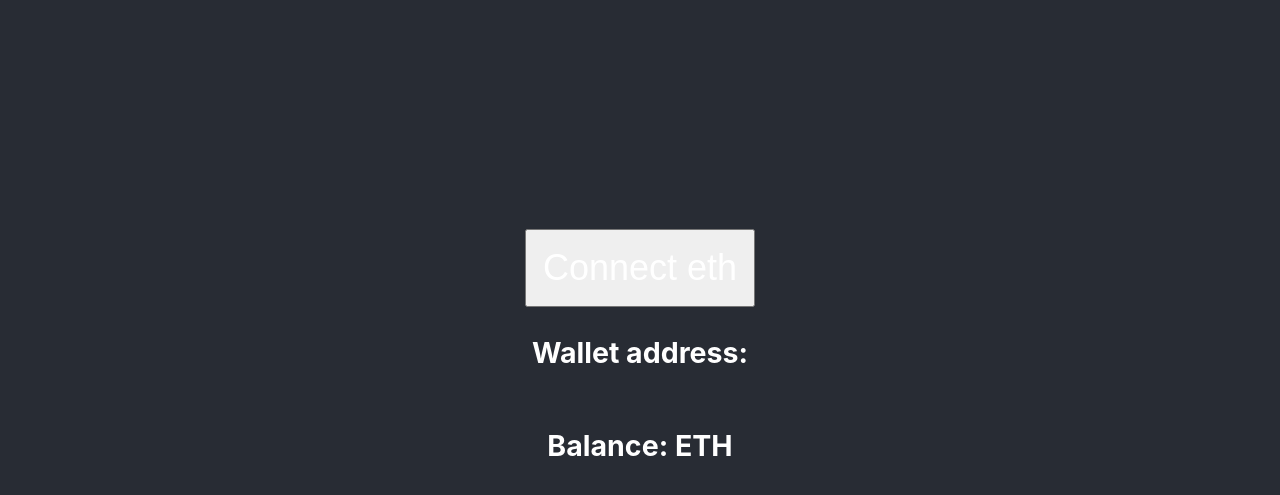
Repository: Hasnainzxc/eth-widget
Page: /
An editor plug-in stored every save of this project. The page is shown before and after the next save, followed by the edit.
The browser window is 1280 px wide. The pictures show the whole page.
The project was rebuilt for these pictures with package versions that can differ from the ones it lists, and the page was loaded fresh each time.

Above is the page before, as saved 2023-04-27 00:48:20.

After the next save:
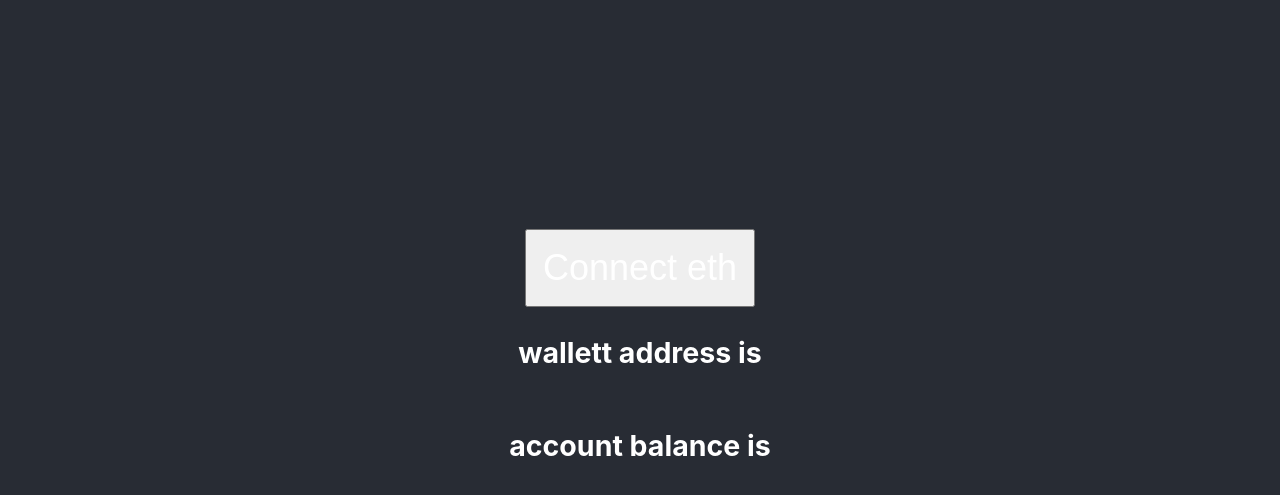
Saved 8 min 30 s later.
--- a/src/App.js
+++ b/src/App.js
@@ -4,25 +4,30 @@ import { useState } from 'react';
 
 function App() {
 
-  //properties
+  // properties
   const [walletAddress, setWalletAddress] = useState('');
-  const [balance, setBalance] = useState('');
+  const [accountBalance, setAccountBalance] = useState('');
 
-  // helper function
+  // helper functions
   async function requestAccount() {
     console.log('Requesting account ..');
+
+    async function connectWallet() {
+      if(typeof window.ethereum !== 'undefined') {
+      }
+    }
 
     if (window.ethereum) {
       console.log('detected');
 
       try {
+        // request access to the user's Metamask wallet
         const accounts = await window.ethereum.request({ method: 'eth_requestAccounts' });
         setWalletAddress(accounts[0]);
 
-        const provider = new window.ethereum;
-        const balanceInWei = await provider.request({ method: 'eth_getBalance', params: [accounts[0], 'latest'] });
-        const balanceInEth = window.web3.utils.fromWei(balanceInWei, 'ether');
-        setBalance(balanceInEth);
+        // retrieve the account balance
+        const balance = await window.ethereum.request({ method: 'eth_getBalance', params: [accounts[0]] });
+        setAccountBalance(balance);
       }
       catch (error) {
         console.log('error', error);
@@ -36,8 +41,8 @@ function App() {
     <div className="App">
       <header className="App-header">
         <button onClick={requestAccount}>Connect eth</button>
-        <h3>Wallet address: {walletAddress}</h3>
-        <h3>Balance: {balance} ETH</h3>
+        <h3>wallett address is {walletAddress}</h3>
+        <h3>account balance is {accountBalance}</h3>
       </header>
     </div>
   );
